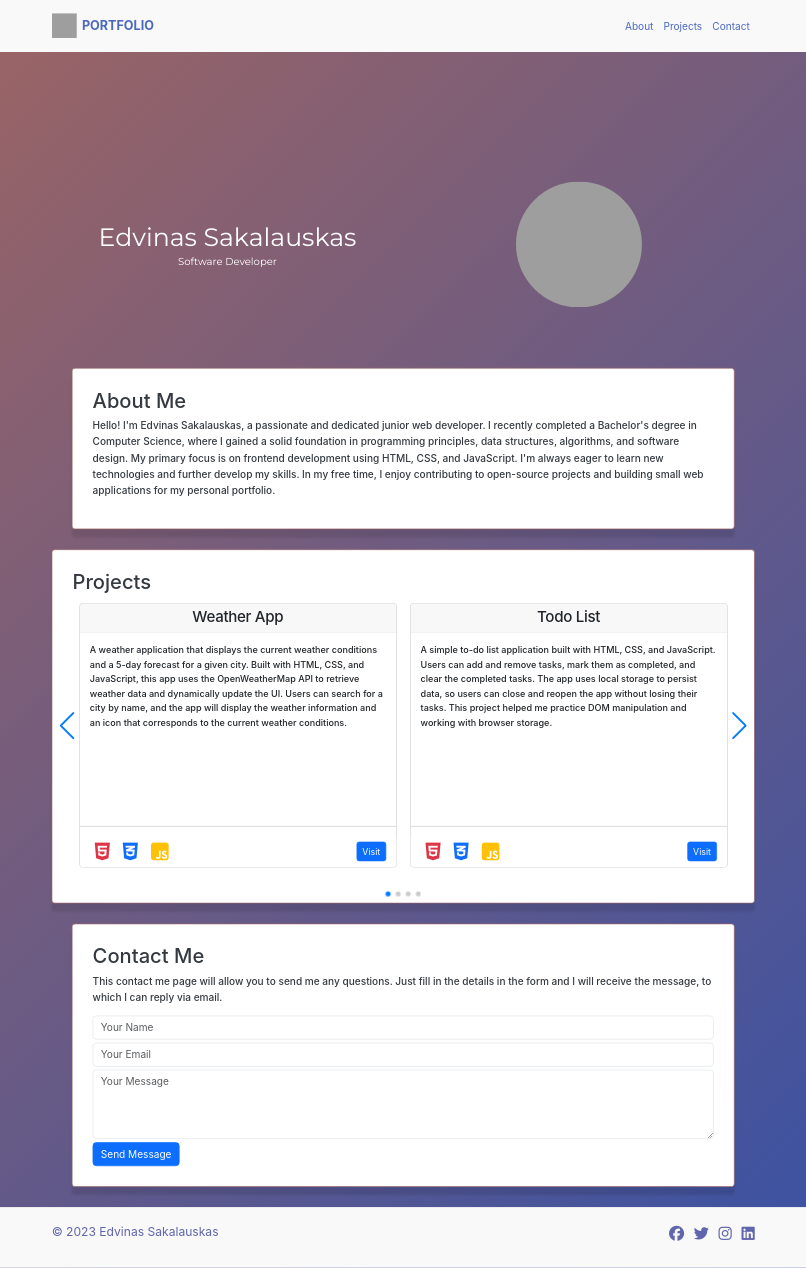
Repository: SakalauskasEdvinas/MyPorfolioWebsite
Page: index.html
The author's editor kept a copy of each file at every save. The page is drawn from the files as they stood at one save, then again after the next save.
The browser window is 1280 px wide. The pictures show the whole page, at 63% of full size.
Pictures or frames that could not be fetched are drawn as grey boxes. Some web libraries are served in a nearby version.

Above is the page before, as saved 2023-04-17 10:57:55.

After the next save:
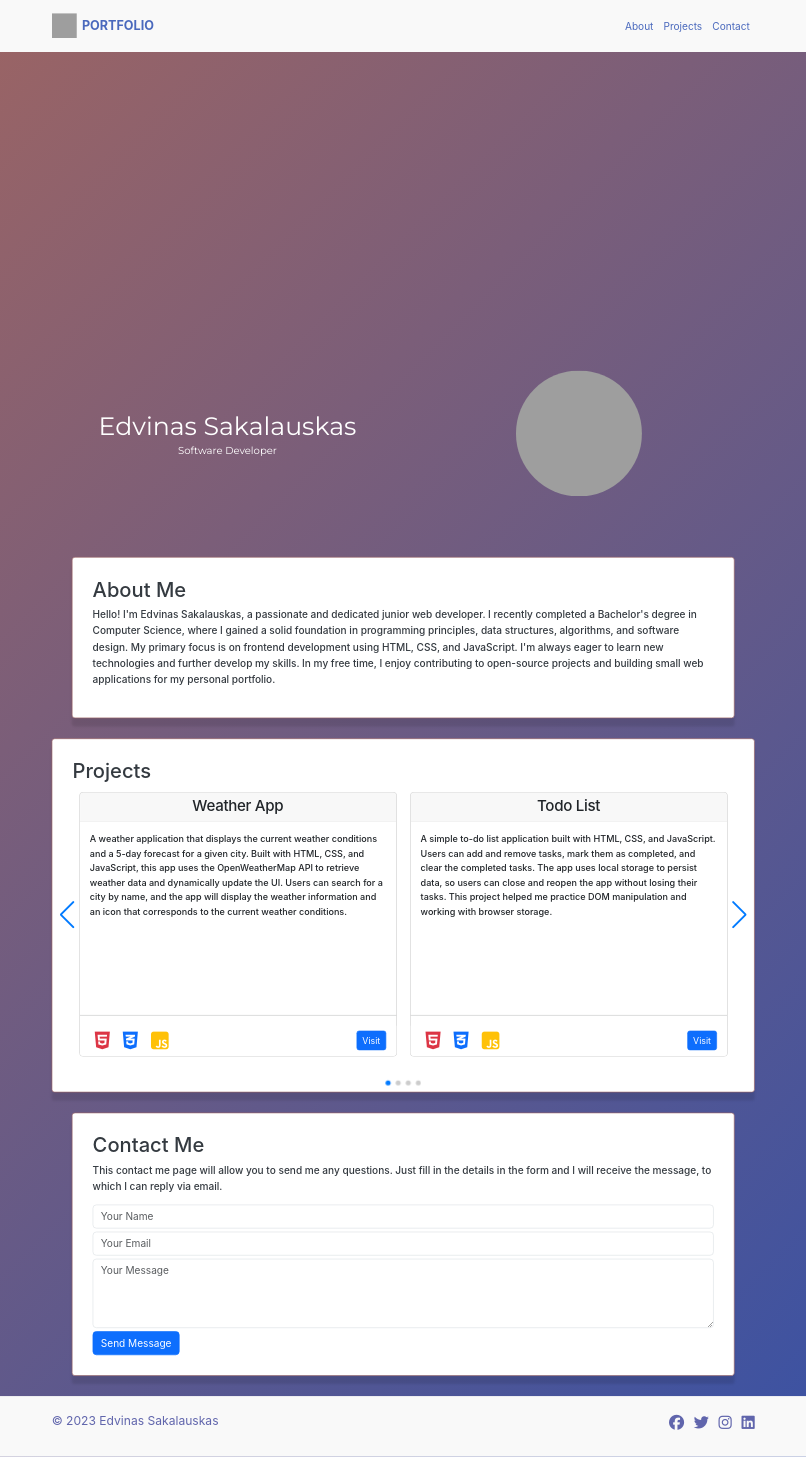
Saved 41 s later.
--- a/css/style.css
+++ b/css/style.css
@@ -13,7 +13,7 @@
   font-family: "Inter",sans-serif;
   color: #343a40;
   line-height: 1;
-  padding-top: 150px;
+  padding-top: 450px;
 }
 
 h3 {
